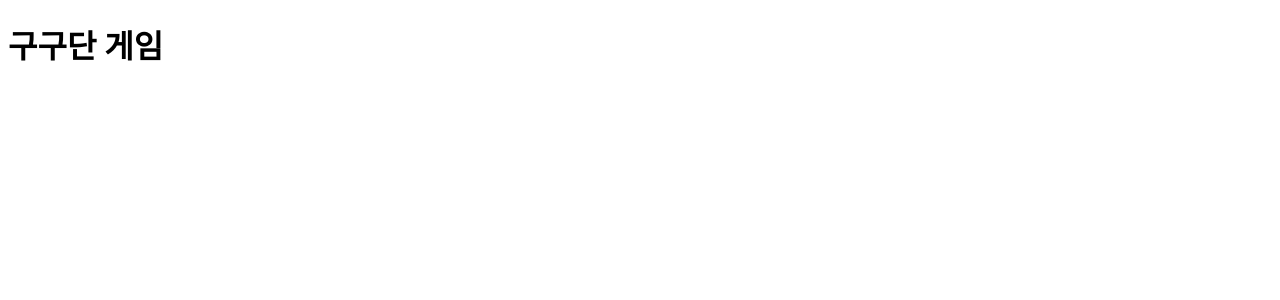
Repository: pyeonm30/PYMjspWorkspace
Page: http://localhost/basicJSP/06Gugudan/gugudan.jsp
An editor plug-in stored every save of this project. The page is shown before and after the next save, followed by the edit.
The browser window is 1280 px wide. The pictures show the whole page.
The page is served by Tomcat 9.

Above is the page before, as saved 2024-01-31 02:45:19.

After the next save:
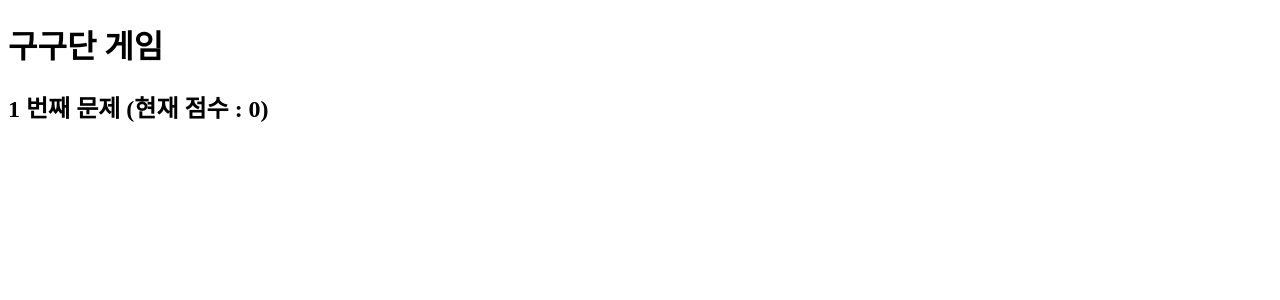
Saved 66 s later.
--- a/basicJSP/src/main/webapp/06Gugudan/gugudan.jsp
+++ b/basicJSP/src/main/webapp/06Gugudan/gugudan.jsp
@@ -5,6 +5,8 @@
 <%
 
 GugudanDAO dao = new GugudanDAO();
+dao.checkAnswer();
+
 
 %>
 <!DOCTYPE html>
@@ -16,5 +18,6 @@ GugudanDAO dao = new GugudanDAO();
 <body>
  <h1> 구구단 게임 </h1>
 
+ <h2> <%= ++dao.count %> 번째 문제 (현재 점수 : <%= dao.score %>) </h2>
 </body>
 </html>
